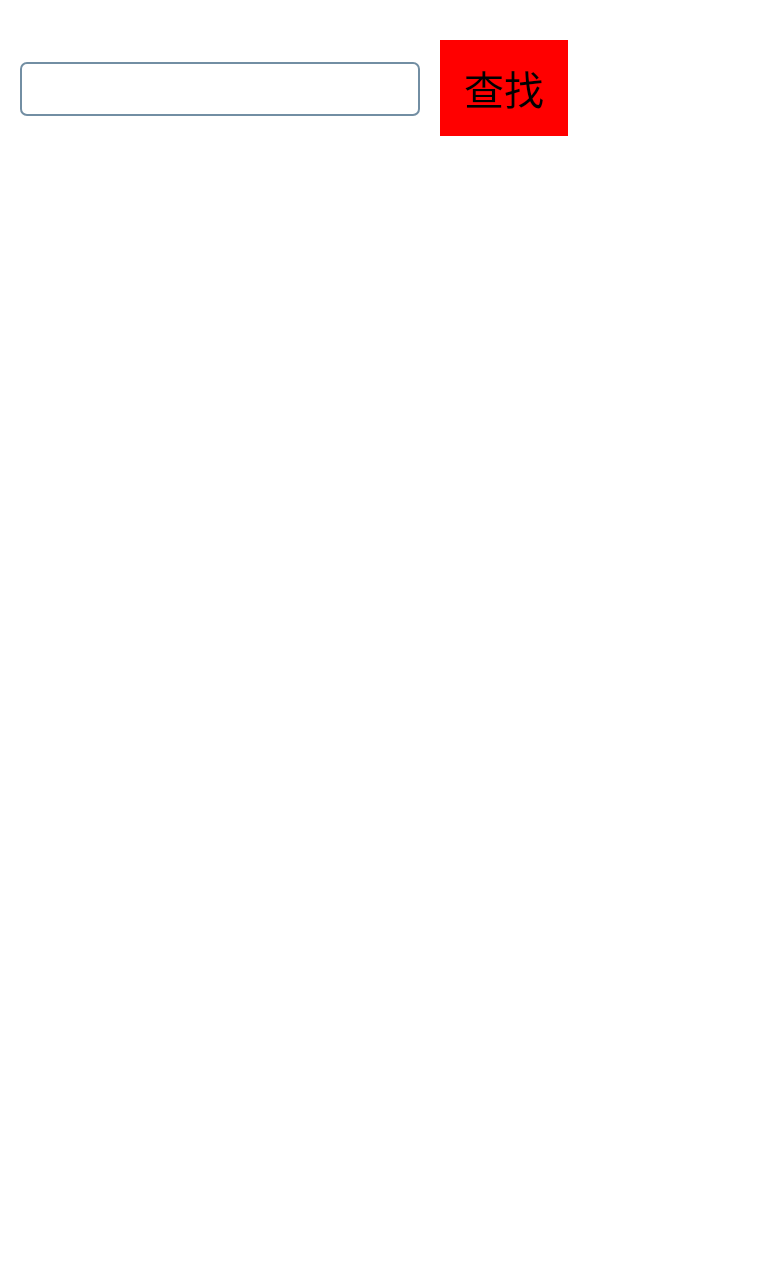
Repository: 15862175370/MyProject
Layout: 毕业设计系统源码_李伟/client/TeachSystem/res/layout/serchteacher.xml
An editor plug-in stored every save of this project. The layout is shown before and after the next save, followed by the edit.
It is drawn on a 768 x 1280 px phone screen (xhdpi) without system bars, with theme AppTheme; the app's code is not run.

Above is the layout before, as saved 2016-05-20 10:04:23.

### 毕业设计系统源码_李伟/client/TeachSystem/res/layout/serchteacher.xml
<?xml version="1.0" encoding="utf-8"?>
<LinearLayout xmlns:android="http://schemas.android.com/apk/res/android"
    android:layout_width="match_parent"
    android:layout_height="match_parent"
    android:orientation="vertical" >

<LinearLayout
     android:id="@+id/cno"
      android:layout_width="match_parent"
        android:layout_height="wrap_content"
        android:orientation="horizontal"
        android:layout_marginTop="20dp"
        >

        <EditText
            android:layout_marginLeft="10dp"
            android:id="@+id/myteacher_tname"
         android:layout_width="200dp"
         android:layout_height="wrap_content"
          android:textSize="20dp"
         android:background="@drawable/biankuang"
            />
      <Button
          android:layout_marginLeft="10dp"
      android:layout_width="wrap_content"
      android:layout_height="wrap_content"
      android:text="查找"
      android:textSize="20dp"
      android:background="#ff0000"
        />
    </LinearLayout>


</LinearLayout>

### 毕业设计系统源码_李伟/client/TeachSystem/res/drawable/biankuang.xml
<?xml version="1.0" encoding="utf-8"?>
<shape xmlns:android="http://schemas.android.com/apk/res/android" >
     <solid android:color="#FFFFFF" />
    <corners android:radius="3dip"/>
    <stroke
        android:width="1dip"
        android:color="#728ea3" />

</shape>

Loaded but not shown: 毕业设计系统源码_李伟/client/TeachSystem/res/values/styles.xml (common file); 毕业设计系统源码_李伟/client/TeachSystem/res/values-v11/styles.xml (common file); 毕业设计系统源码_李伟/client/TeachSystem/res/values-v14/styles.xml (common file)

After the next save:
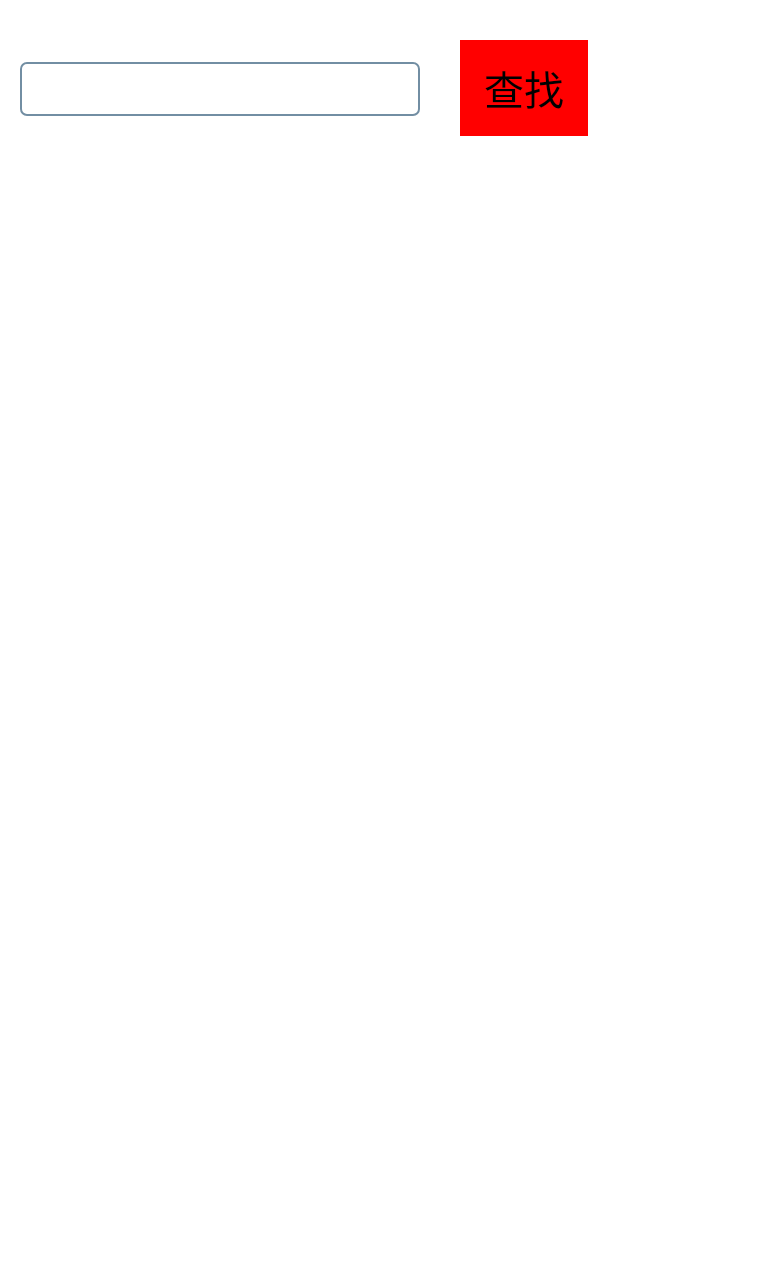
Saved 8 s later.
--- a/毕业设计系统源码_李伟/client/TeachSystem/res/layout/serchteacher.xml
+++ b/毕业设计系统源码_李伟/client/TeachSystem/res/layout/serchteacher.xml
@@ -21,7 +21,7 @@
          android:background="@drawable/biankuang"
             />
       <Button
-          android:layout_marginLeft="10dp"
+          android:layout_marginLeft="20dp"
       android:layout_width="wrap_content"
       android:layout_height="wrap_content"
       android:text="查找"
